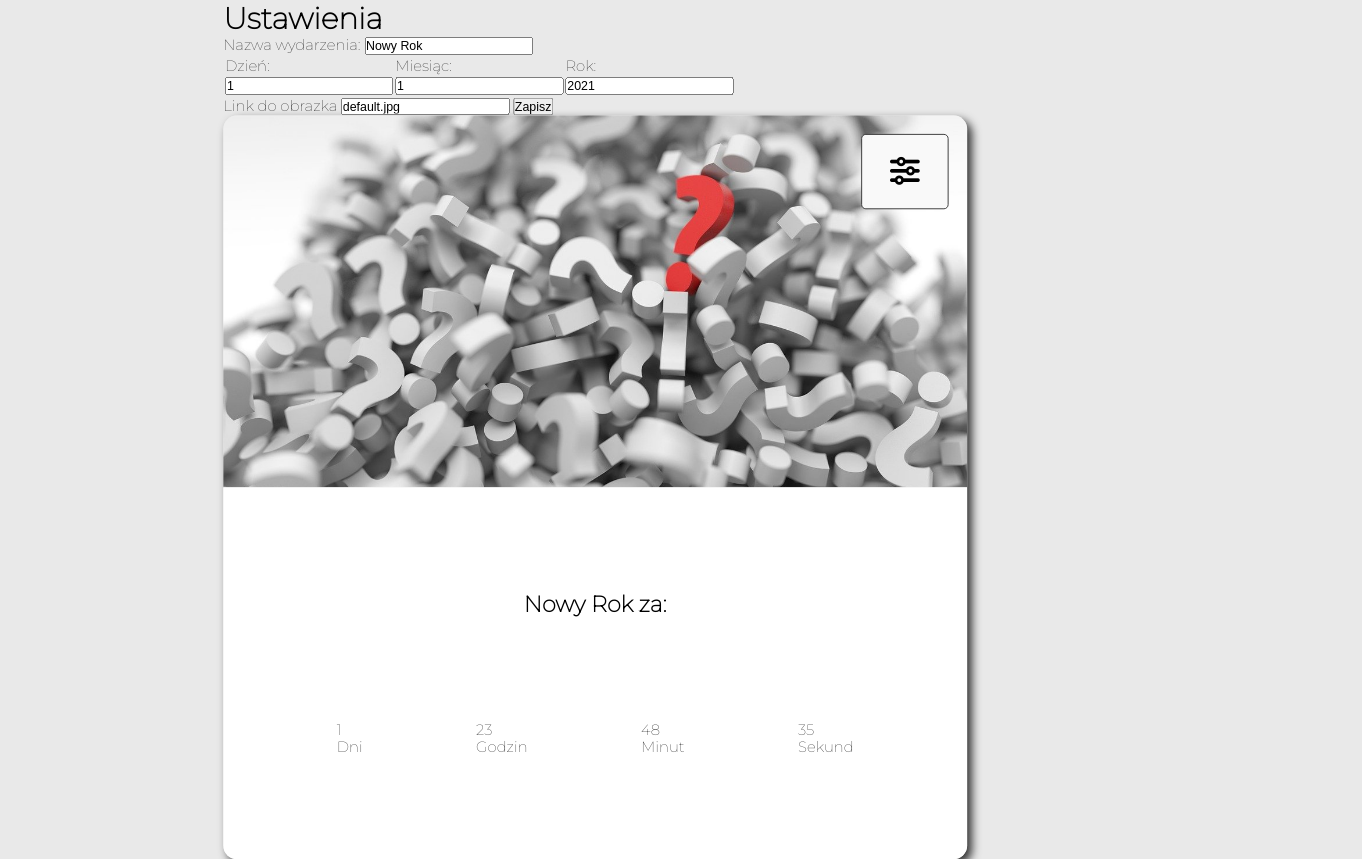
Repository: KrzysKolo/Projekt-8_Czasomierz
Page: index.html
The author's editor kept a copy of each file at every save. The page is drawn from the files as they stood at one save, then again after the next save.
The browser window is 1280 px wide. The page is 1280 px wide, then 1465 px, so the pictures cover 1465 px, including what lies to the right of the window. The pictures show the whole page, at 93% of full size.
Some web libraries are served in a nearby version.

Above is the page before, as saved 2020-07-19 10:33:26.

After the next save:
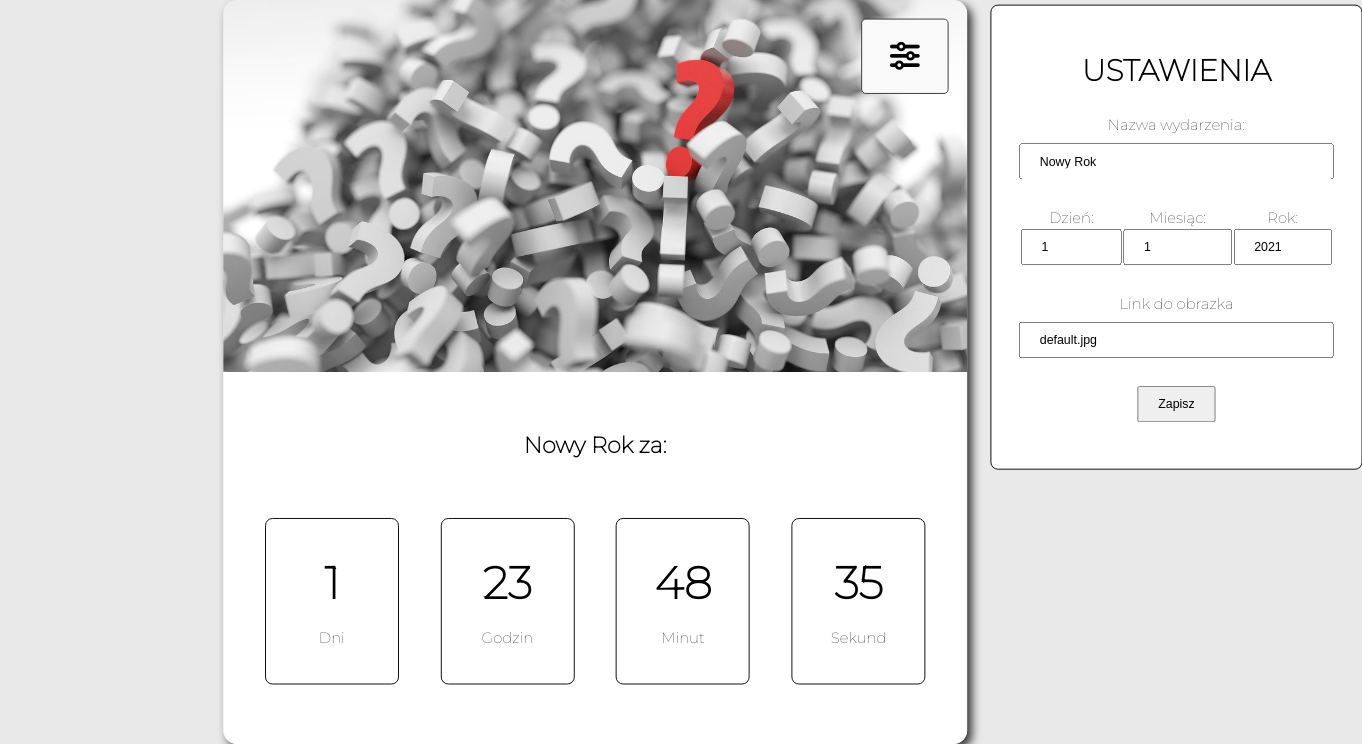
Saved 59 s later.
--- a/css/style.css
+++ b/css/style.css
@@ -64,3 +64,70 @@ h3 {
   justify-content: space-evenly;
   width: 100%;
 }
+
+.card {
+  display: flex;
+  flex-direction: column;
+  justify-content: space-between;
+  padding: 40px 0;
+  width: 18%;
+  text-align: center;
+  border: 1px solid black;
+  border-radius: 8px;
+}
+
+.number {
+  margin-bottom: 20px;
+  font-weight: bold;
+  font-size: 48px;
+}
+
+.card-title {
+  text-align: center;
+}
+
+.settings {
+  display: flex;
+  flex-direction: column;
+  justify-content: center;
+  align-items: center;
+  position: absolute;
+  top: 5px;
+  right: 5px;
+  padding: 50px 30px;
+  width: 400px;
+  background-color: #fff;
+  border: 1px solid black;
+  border-radius: 8px;
+  opacity: 0;
+  transition: transform 0.5s, opacity 0.3s;
+}
+
+.active {
+  transform: translateX(430px);
+  opacity: 1;
+}
+
+h1 {
+  margin-bottom: 30px;
+  text-transform: uppercase;
+}
+
+label {
+  margin-bottom: 10px;
+}
+
+input {
+  margin-bottom: 30px;
+  padding: 10px 20px;
+  width: 100%;
+}
+
+.date {
+  text-align: center;
+}
+
+.save {
+  padding: 10px 20px;
+  cursor: pointer;
+}
